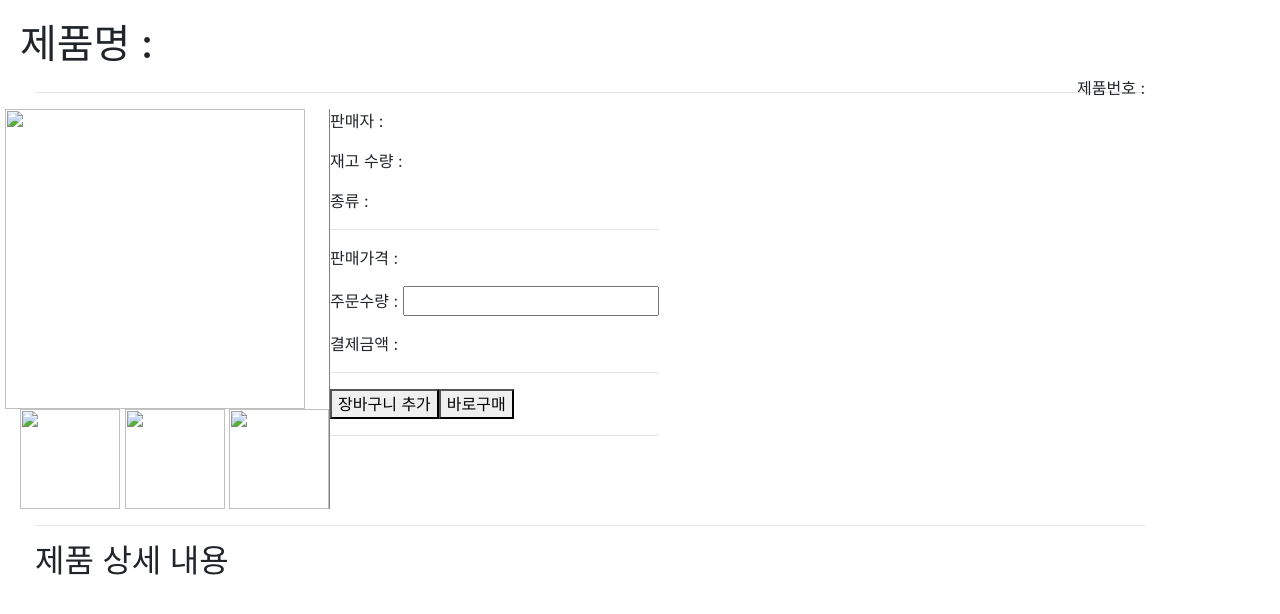
Repository: phoresis92/KITRI-spring
Page: http://localhost/springWeb2/WEB-INF/views/product/detail.jsp
These files come from the project's save history. The page is drawn as it stood at one moment and after the next save; the edit follows.
The browser window is 1280 px wide. The pictures show the whole page.
Some web libraries are served in a nearby version. The page is served by Tomcat 9. Nobody is signed in. The template is opened directly, without the code that normally fills it, so the values that code supplies are empty.

Above is the page before, as saved 2019-02-01 01:52:55.
Console error: SyntaxError: Unexpected token ';'

### springWeb2/src/main/webapp/WEB-INF/views/product/detail.jsp
<%@ page language="java" contentType="text/html; charset=UTF-8"
    pageEncoding="UTF-8"%>
<!DOCTYPE html>
<html>
<head>
<meta charset="UTF-8">
<title>Insert title here</title>

  <meta name="viewport" content="width=device-width, initial-scale=1">
  <link rel="stylesheet" href="https://maxcdn.bootstrapcdn.com/bootstrap/4.2.1/css/bootstrap.min.css">
  <script src="https://ajax.googleapis.com/ajax/libs/jquery/3.3.1/jquery.min.js"></script>
  <script src="https://cdnjs.cloudflare.com/ajax/libs/popper.js/1.14.6/umd/popper.min.js"></script>
  <script src="https://maxcdn.bootstrapcdn.com/bootstrap/4.2.1/js/bootstrap.min.js"></script>


<script>

function calcTotal(){
var price = ${ p.price };
var quan = $('#quantity').val();
console.log(price, quan);

$('#totalPay').text(price*quan);

}

</script>

<style>

.container{
	margin: 20px;
}

</style>

</head>
<body>


<div class="container">

	<div class="row">
	<h1>제품명 : ${ p.title }</h1>
	</div>
	<div class="float-right">제품번호 : ${ p.num }</div>
	<hr>
	<div class="row clearfix">
		<div class="float-left">
			<div class="row">
				<img src="${ p.img1 }" height="300" width="300"/>
			</div>
			<img src="${ p.img2 }" height="100" width="100"/>
			<img src="${ p.img3 }" height="100" width="100"/>
			<img src="${ p.img4 }" height="100" width="100"/>
		</div>

		<div class="float-right" style="border-left:1px solid gray;">
			<p>판매자 : ${ p.seller }</p>
			<p>재고 수량 : ${ p.quantity }</p>
			<p>종류 : ${ p.cate }</p>
			<hr>
			<p>판매가격 : <span id="price">${ p.price }</span></p>
			<p>주문수량 : <input type="text" id="quantity" onkeyup="calcTotal()"></p>
			<p>결제금액 : <span id="totalPay"></span></p>
			<hr>
			<span><button>장바구니 추가</button><button>바로구매</button></span>
			<hr>
		</div>

	</div>

	<hr>

	<div>

	<h2>제품 상세 내용</h2>
	<p>${ p.content }</p>

	</div>

</div>






<%--
<table>

<tr>
<td colspan="3"></td>
</tr>
<tr></tr>

<tr>
<td>${ p.num }</td>
<td>${ p.title }</td>
<td>${ p.seller }</td>
<td>${ p.cate }</td>
<td>${ p.quantity }</td>
<td>${ p.content }</td>
<td>${ p.price }</td>
<td><img src="${ p.img1 }" height="100" width="100"/></td>
<td><img src="${ p.img2 }" height="100" width="100"/></td>
<td><img src="${ p.img3 }" height="100" width="100"/></td>
<td><img src="${ p.img4 }" height="100" width="100"/></td>
</tr>
</table>
 --%>
</body>
</html>

After the next save:
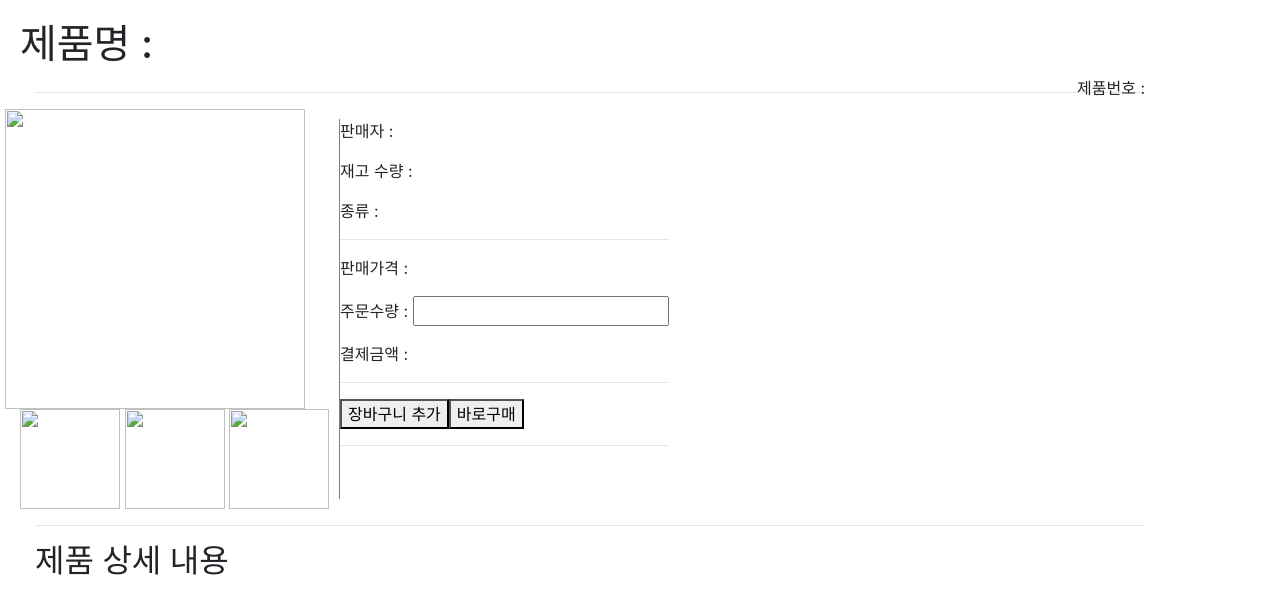
Saved 17 s later.
--- a/springWeb2/src/main/webapp/WEB-INF/views/product/detail.jsp
+++ b/springWeb2/src/main/webapp/WEB-INF/views/product/detail.jsp
@@ -55,7 +55,7 @@ $('#totalPay').text(price*quan);
 			<img src="${ p.img4 }" height="100" width="100"/>
 		</div>
 
-		<div class="float-right" style="border-left:1px solid gray;">
+		<div class="float-right" style="border-left:1px solid gray; margin:10px">
 			<p>판매자 : ${ p.seller }</p>
 			<p>재고 수량 : ${ p.quantity }</p>
 			<p>종류 : ${ p.cate }</p>
